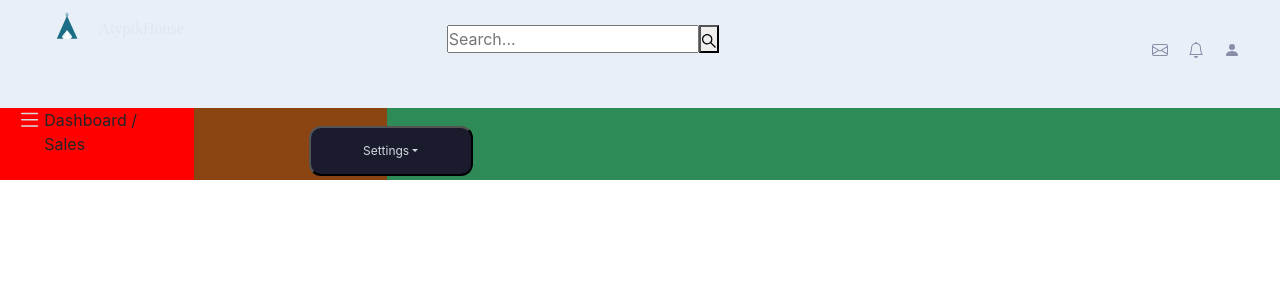
Repository: kifack/API-Symfony-AtypikHouse
Page: / (app in admin-frontend/)
An editor plug-in stored every save of this project. The page is shown before and after the next save, followed by the edit.
The browser window is 1280 px wide. The pictures show the whole page.
Some web libraries are served in a nearby version. The project was rebuilt for these pictures with package versions that can differ from the ones it lists, and the page was loaded fresh each time. Also part of the build but not shown: admin-frontend/src/css/Responsive.css, admin-frontend/src/css/admin/navbar.css, admin-frontend/src/components/template_parts/Header.js, admin-frontend/src/components/template_parts/Footer.js, admin-frontend/src/components/template_parts/Sidebar.js, admin-frontend/src/components/partials/LocationEntry.js, admin-frontend/src/components/template_parts/Spinner.js, admin-frontend/src/actions/location.js and 26 more.

Above is the page before, as saved 2020-10-01 19:50:13.

After the next save:
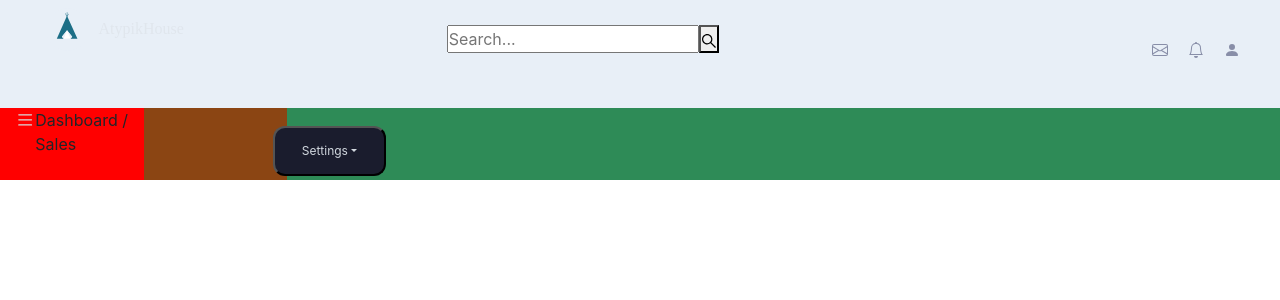
Saved 13 s later.
--- a/admin-frontend/src/css/App.css
+++ b/admin-frontend/src/css/App.css
@@ -179,7 +179,7 @@ button#setting {
   width: 100%;
   height: 50px;
   border-radius: 12px;
-  margin-left:100px;
+  margin-left:100%;
   }
 
 header .sous-header .row{
